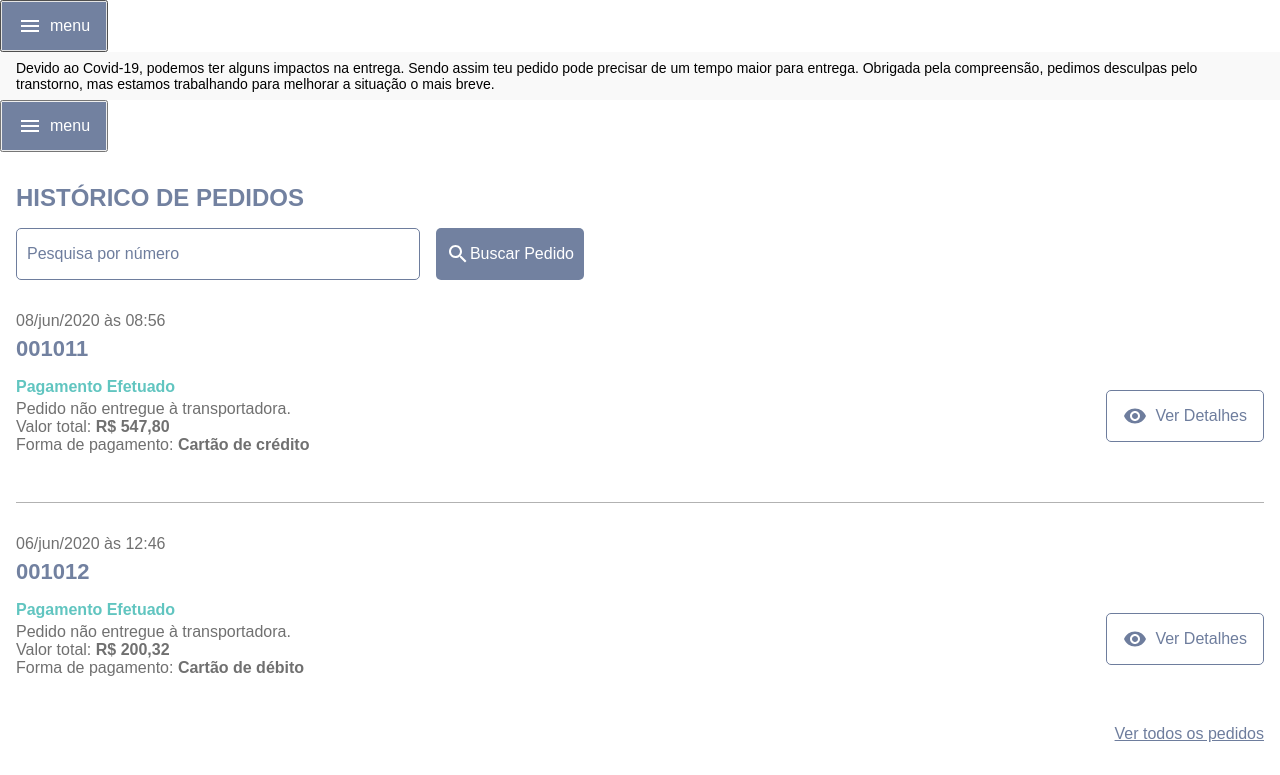
Repository: indiamarasiqueira/gestao-produto
Page: /
The author's editor kept a copy of each file at every save. The page is drawn from the files as they stood at one save, then again after the next save.
The browser window is 1280 px wide. The pictures show the whole page.
The project was rebuilt for these pictures with package versions that can differ from the ones it lists, and the page was loaded fresh each time. Also part of the build but not shown: src/pages/generic/style.js, src/pages/generic/index.js, src/components/ModalMenu/index.js.

Above is the page before, as saved 2020-07-07 10:45:04.

After the next save:
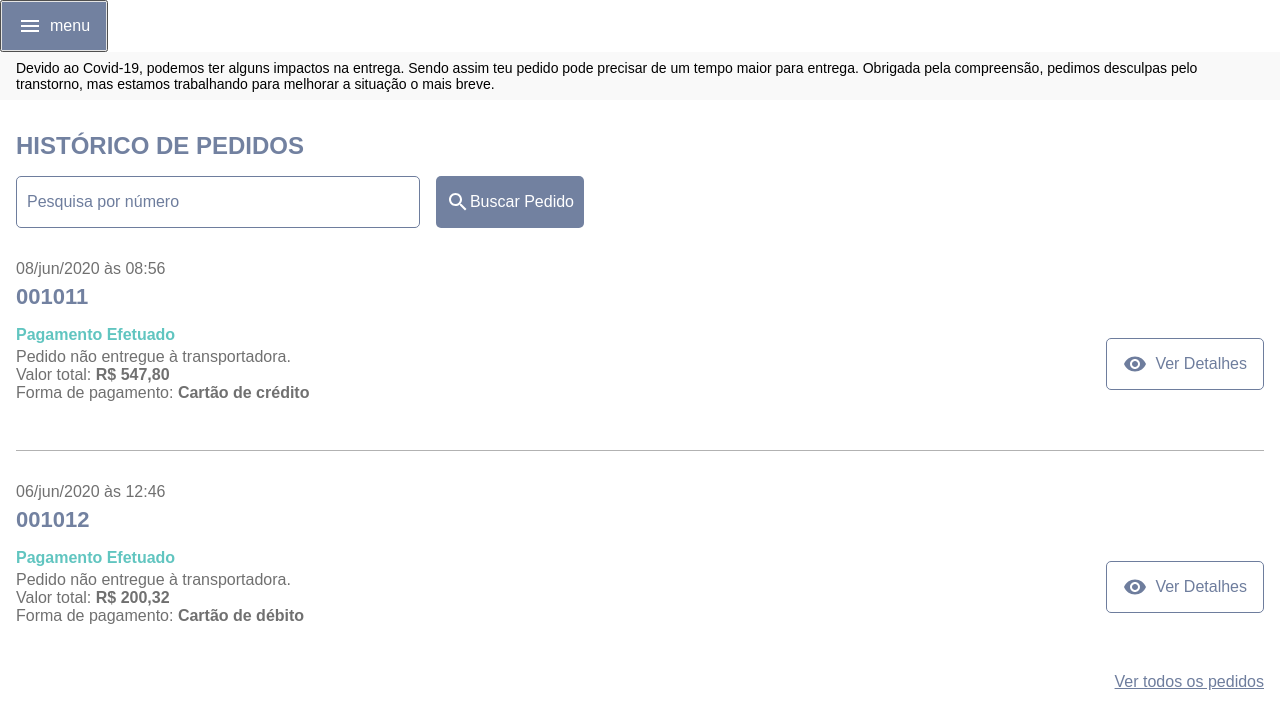
Saved 19 s later.
--- a/src/pages/orderHistory/index.js
+++ b/src/pages/orderHistory/index.js
@@ -1,6 +1,5 @@
 import React, { Fragment, useState } from "react";
 
-import AppMenu from "../../components/AppMenu";
 import BoxSearch from "../../components/BoxSearch/index";
 import HeaderTitle from "../../components/HeaderTitle";
 import Order from "../../components/Order/index";
@@ -17,7 +16,6 @@ const OrderHistory = () => {
 
   return (
     <Fragment>
-      <AppMenu />
       <HeaderTitle>HISTÓRICO DE PEDIDOS</HeaderTitle>
       <BoxSearch value={value} handleChange={handleChange} handleSubmit={handleSubmit} />
       <Order query={query} />
